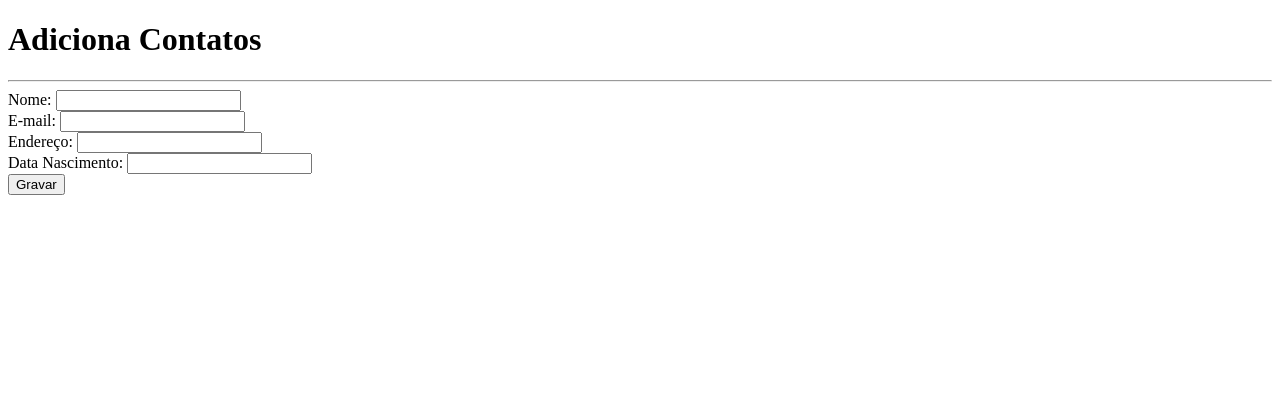
Repository: nacano10/fj-21
Page: http://localhost/fj21-agenda/adiciona-contato.jsp
The author's editor kept a copy of each file at every save. The page is drawn from the files as they stood at one save, then again after the next save.
The browser window is 1280 px wide. The pictures show the whole page.
The page is served by Tomcat 9. Other server files are loaded and not shown.

Above is the page before, as saved 2020-07-22 18:44:13.

### fj21-agenda/WebContent/adiciona-contato.jsp
<!DOCTYPE html>
<html>
	<body>
		<h1>Adiciona Contatos</h1>
		<hr />
		<form action="adicionaContato">
			Nome: <input type="text" name="nome" /><br />
			E-mail: <input type="text" name="email" /><br />
			Endereço: <input type="text" name="endereco" /><br />
			Data Nascimento: <input type="text"	name="dataNascimento" /><br />

			<input type="submit" value="Gravar" />
		</form>
	</body>
</html>

### fj21-agenda/src/br/com/caelum/agenda/ConnectionFactory.java
package br.com.caelum.agenda;

import java.sql.Connection;
import java.sql.DriverManager;
import java.sql.SQLException;

public class ConnectionFactory {

	public Connection getConnection() {
		try {
			DriverManager.registerDriver(new com.mysql.cj.jdbc.Driver());
			return DriverManager.getConnection("jdbc:mysql://localhost/fj21?useTimezone=true&serverTimezone=UTC", "root", "123456");
		} catch (SQLException e) {
			throw new RuntimeException(e);
		}
	}

}

### fj21-agenda/WebContent/cabecalho.jsp
<%@ taglib uri="http://java.sun.com/jsp/jstl/core" prefix="c" %>

<img width="15%"
	 src="<c:url value="/imagens/caelum.png"/>" />
<h2>Agenda de Contatos da Caelum</h2>
<hr />

### fj21-agenda/WebContent/rodape.jsp
<hr />
Copyright 2020 - Todos os direitos reservados

After the next save:
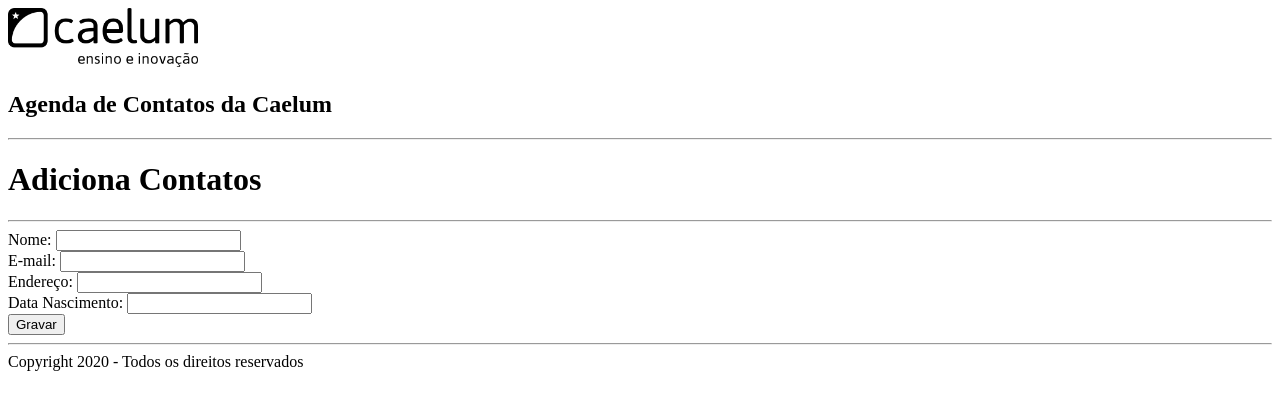
Saved 82 min 13 s later.
--- a/fj21-agenda/WebContent/adiciona-contato.jsp
+++ b/fj21-agenda/WebContent/adiciona-contato.jsp
@@ -1,6 +1,9 @@
 <!DOCTYPE html>
 <html>
+<%@ taglib uri="http://java.sun.com/jsp/jstl/core" prefix="c" %>
+
 	<body>
+	<c:import url="cabecalho.jsp" />
 		<h1>Adiciona Contatos</h1>
 		<hr />
 		<form action="adicionaContato">
@@ -11,5 +14,6 @@
 
 			<input type="submit" value="Gravar" />
 		</form>
+	<c:import url="rodape.jsp" />
 	</body>
 </html>
